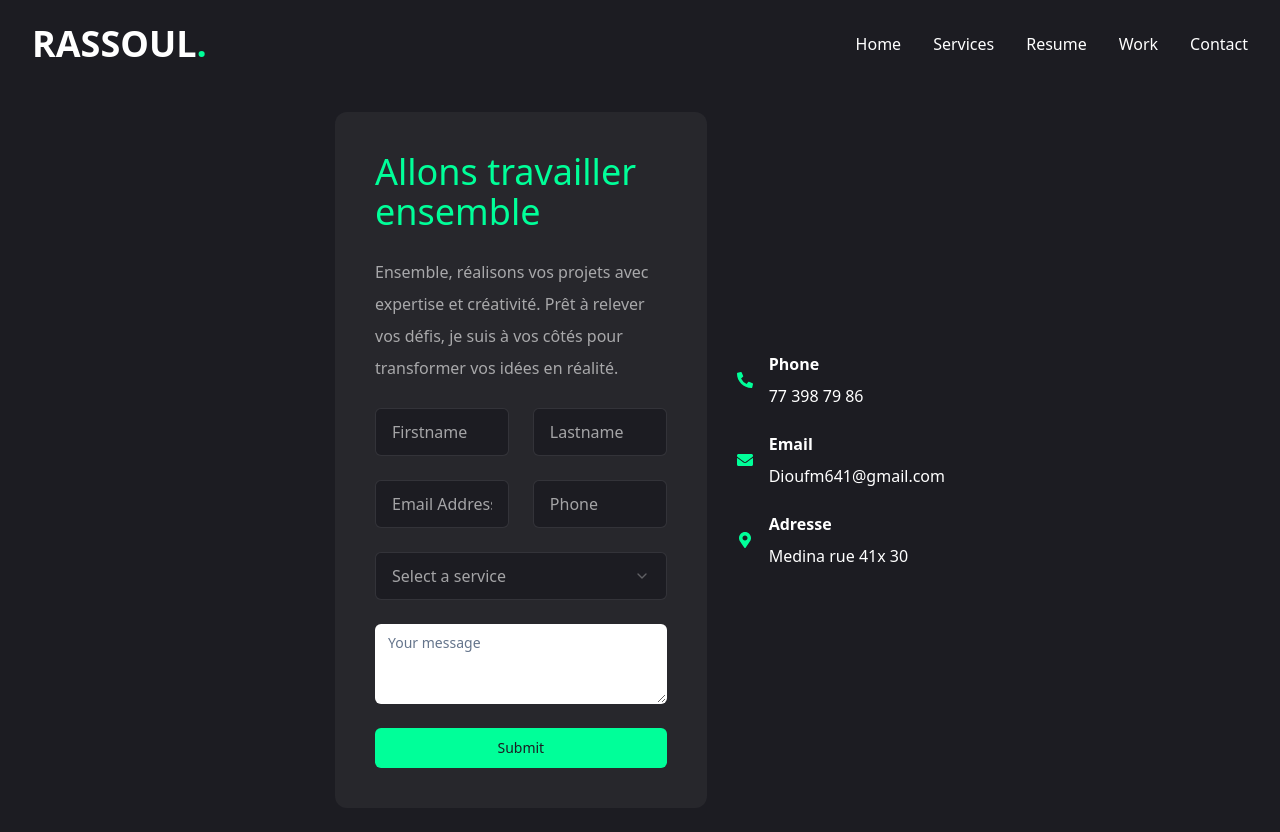
Repository: MDiouf9/portfolio2
Page: /contact
An editor plug-in stored every save of this project. The page is shown before and after a run of saves, followed by the edit.
The browser window is 1280 px wide. The pictures show the whole page.
The project was rebuilt for these pictures with package versions that can differ from the ones it lists, and the page was loaded fresh each time. The framework's server and built-in components were replaced by stand-ins that run in the browser. Also part of the build but not shown: next.config.mjs.

Above is the page before, as saved 2024-10-15 23:26:21.

After the next 3 saves:
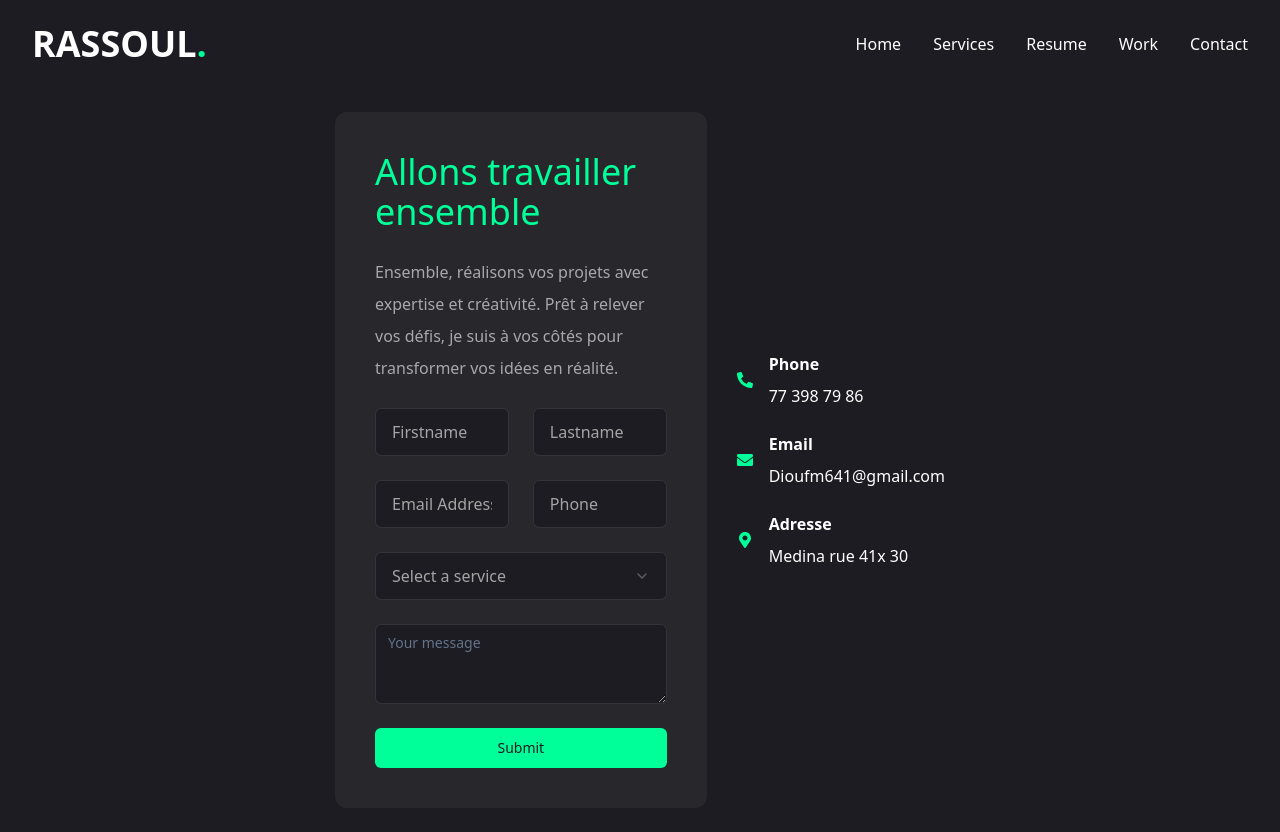
The 3 saves are shown as one change because they came seconds apart.
The last was saved 9 s later.
--- a/src/components/ui/textarea.tsx
+++ b/src/components/ui/textarea.tsx
@@ -10,7 +10,7 @@ const Textarea = React.forwardRef<HTMLTextAreaElement, TextareaProps>(
     return (
       <textarea
         className={cn(
-          "flex min-h-[80px] w-full rounded-md border border-white/10 bg-white px-3 py-2 text-sm ring-offset-white placeholder:text-slate-500 focus-visible:outline-none focus-visible:ring-2 focus-visible:ring-slate-950 focus-visible:ring-offset-2 disabled:cursor-not-allowed disabled:opacity-50 dark:border-slate-800 dark:bg-slate-950 dark:ring-offset-slate-950 dark:placeholder:text-slate-400 dark:focus-visible:ring-slate-300",
+          "flex min-h-[80px] w-full rounded-md border border-white/10 bg-primary px-3 py-2 text-sm ring-offset-white placeholder:text-slate-500 focus-visible:outline-none focus-visible:ring-2 focus-visible:ring-slate-950 focus-visible:ring-offset-2 disabled:cursor-not-allowed disabled:opacity-50 dark:border-slate-800 dark:bg-slate-950 dark:ring-offset-slate-950 dark:placeholder:text-slate-400 dark:focus-visible:ring-slate-300",
           className
         )}
         ref={ref}
